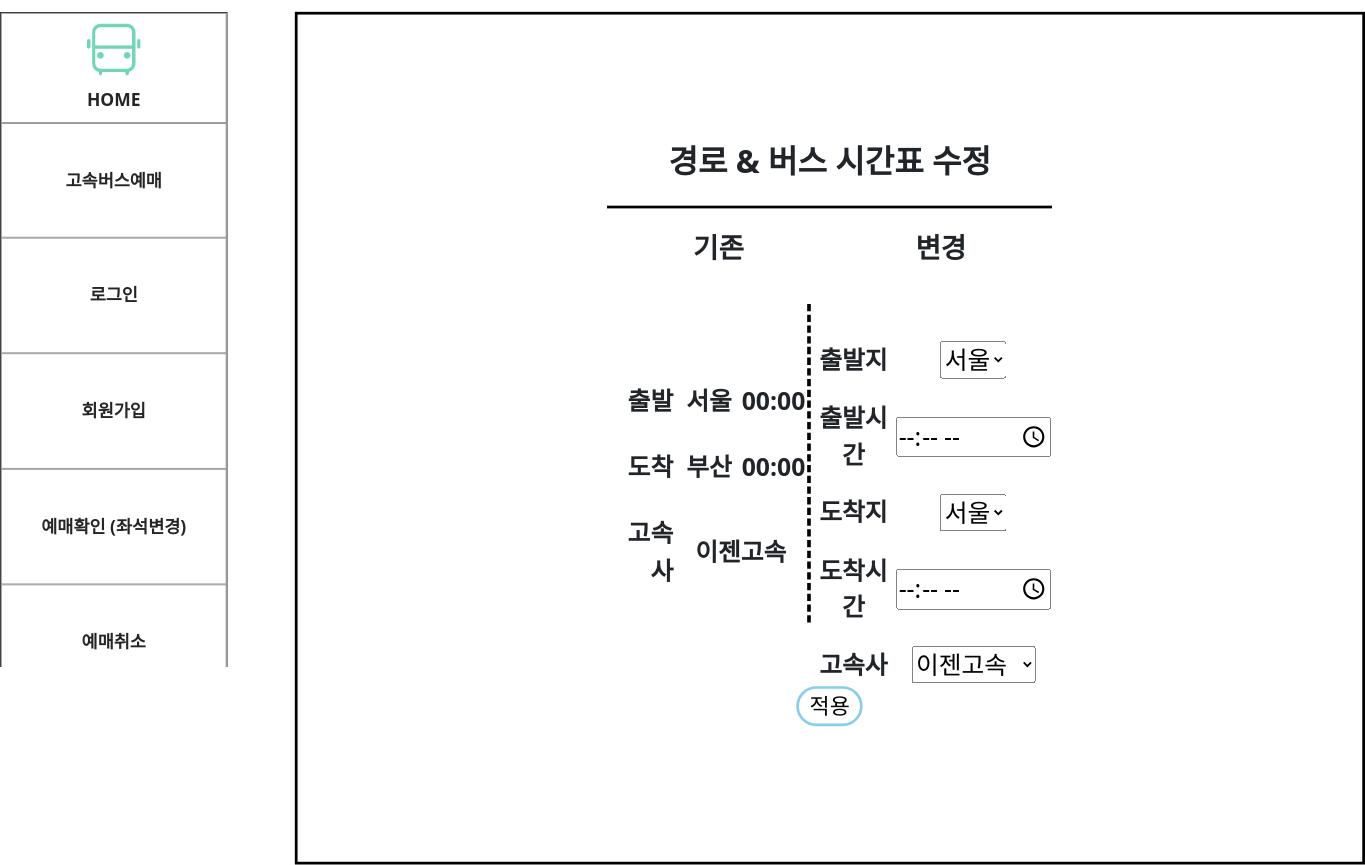
Repository: rudqhd79/spring_personal
Page: http://localhost/edit/edit_input
These files come from the project's save history. The page is drawn as it stood at one moment and after the next save; the edit follows.
The browser window is 1280 px wide. The page is 1500 px wide, so the pictures cover 1500 px, including what lies to the right of the window. The pictures show the whole page, at 91% of full size.
The page is this project's Thymeleaf template; nobody is signed in. The template is opened directly, without the code that normally fills it, so the values that code supplies are empty.

Above is the page before, as saved 2023-02-05 13:26:27.

### bus-reservation/src/main/resources/templates/edit/edit_input.html
<!DOCTYPE html>
<html xmlns:th="http://www.thymeleaf.org"
	xmlns:layout="http://www.ultraq.net.nz/thymeleaf/layout">
<link rel="stylesheet"
	href="//maxcdn.bootstrapcdn.com/bootstrap/latest/css/bootstrap.min.css">
<script src="//code.jquery.com/jquery.min.js"></script>
<script
	src="//maxcdn.bootstrapcdn.com/bootstrap/latest/js/bootstrap.min.js"></script>
<head>
<meta charset="UTF-8">
<title>main</title>

<!-- bootstrap css -->
<link
	href="https://cdn.jsdelivr.net/npm/bootstrap@5.3.0-alpha1/dist/css/bootstrap.min.css"
	rel="stylesheet"
	integrity="sha384-GLhlTQ8iRABdZLl6O3oVMWSktQOp6b7In1Zl3/Jr59b6EGGoI1aFkw7cmDA6j6gD"
	crossorigin="anonymous">
<link th:href="@{/css/all.css}" rel="stylesheet">
<!-- bootstrap js, popper -->
<script
	src="https://cdn.jsdelivr.net/npm/@popperjs/core@2.11.6/dist/umd/popper.min.js"
	integrity="sha384-oBqDVmMz9ATKxIep9tiCxS/Z9fNfEXiDAYTujMAeBAsjFuCZSmKbSSUnQlmh/jp3"
	crossorigin="anonymous"></script>
<script
	src="https://cdn.jsdelivr.net/npm/bootstrap@5.3.0-alpha1/dist/js/bootstrap.min.js"
	integrity="sha384-mQ93GR66B00ZXjt0YO5KlohRA5SY2XofN4zfuZxLkoj1gXtW8ANNCe9d5Y3eG5eD"
	crossorigin="anonymous"></script>
<!-- jquery  -->
<script src="https://code.jquery.com/jquery-3.6.3.min.js"
	integrity="sha256-pvPw+upLPUjgMXY0G+8O0xUf+/Im1MZjXxxgOcBQBXU="
	crossorigin="anonymous"></script>
<th:block layout:fragment="script"></th:block>
<th:block layout:fragment="css"></th:block>
</head>
<body>
	<form th:action="@{edit}">
		<div class="fragment-sidebar">
			<div th:replace="fragments/sidebar::sidebar"></div>
			<div class="base_angle" style="margin-top: 1vw">
				<div class="edit_input_div">
					<div class="edit_input_header" style="border-bottom: 3px solid black; text-align: center; margin-bottom: 20px;">
						<p style="font-size: 2.2em; font-weight: 900; line-height: 20px; margin-bottom: 40px;">경로 & 버스 시간표 수정</p>
					</div>
					<div class="edit_input_nav" style="display: flex; justify-content: space-between; text-align: center; font-size: 1.9em; font-weight: bold; margin-bottom: 40px;">
						<div style="width: 50%;">기존</div>
						<div style="width: 50%;">변경</div>
					</div>
					<div class="edit_input_info" style="display: flex; justify-content: space-between; text-align: center; font-size: 1.8em; height: 350px; margin-bottom: 70px">
						<div class="edit_input_info_existing" style="width: 45%">
							<table style="width: 100%; table-layout: auto; font-size: 1.7rem; font-weight: bold; border-collapse: separate; border-spacing: 0 30px; margin-top: 55px;">
								<tr>
									<th style="width: calc(100% / 3); text-align: right">출발</th>
									<th style="width: calc(100% / 3); text-align: right; padding-right: 10px">서울</th>
									<th style="width: calc(100% / 3); text-align: left">00:00</th>
								</tr>
								<tr>
									<th style="width: calc(100% / 3); text-align: right">도착</th>
									<th style="width: calc(100% / 3); text-align: right; padding-right: 10px">부산</th>
									<th style="width: calc(100% / 3); text-align: left">00:00</th>
								</tr>
								<tr>
									<th style="text-align: right">고속사</th>
									<th colspan="2" style="text-align: center;">이젠고속</th>
								</tr>
							</table>
						</div>
						<div style="width: 1%; border-left: 4px dashed black; display: block;"></div>
						<div class="edit_input_info_change" style="width:54%">
							<table  style="width: 100%; table-layout: auto; font-size: 1.7rem; font-weight: bold; border-collapse: separate; border-spacing: 0 20px; margin-top: 20px;">
								<tr>
									<th>출발지</th>
									<th>
										<select>
											<option value="">서울</option>
											<option value="">인천</option>
											<option value="">부산</option>
										</select>
									</th>
								</tr>
								<tr>
									<th>출발시간</th>
									<th>
										<input type="time" />
									</th>
								</tr>
								<tr>
									<th>도착지</th>
									<th>
										<select>
											<option value="">서울</option>
											<option value="">인천</option>
											<option value="">부산</option>
										</select>
									</th>
								</tr>
								<tr>
									<th>도착시간</th>
									<th>
										<input type="time" />
									</th>
								</tr>
								<tr>
									<th>고속사</th>
									<th>
										<select style="width:80%;">
											<option value="">이젠고속</option>
											<option value="">금호고속</option>
											<option value="">중앙고속</option>
											<option value="">동양고속</option>
										</select>
									</th>
								</tr>
							</table>
						</div>
					</div>
					<div class="edit_input_button" style="text-align: center; font-size: 1.5em;">
						<input type="submit" value="적용" style="border-radius: 30px; background: white; border:3px solid skyblue; width: 15%" />
					</div>
				</div>
			</div>
		</div>
	</form>
</body>
</html>

### bus-reservation/src/main/resources/templates/fragments/sidebar.html
<!DOCTYPE html>
<html xmlns:th="http://www.thymeleaf.org">
<head>
<meta charset="UTF-8">
<title>Insert title here</title>
<link rel="stylesheet"
	href="//maxcdn.bootstrapcdn.com/bootstrap/latest/css/bootstrap.min.css">
<script src="//code.jquery.com/jquery.min.js"></script>
<script
	src="//maxcdn.bootstrapcdn.com/bootstrap/latest/js/bootstrap.min.js"></script>
</head>
<body>
<!-- 사이드바 -->
	<div th:fragment="sidebar" class="sidebar-total">
		<div id="page-wrapper">
			<div id="sidebar-wrapper">
				<ul class="sidebar-nav">
					<li class="sidebar-main">
						<a href="/">
						<img src="/img/bus_icon.png" style="width:60px; height: 60px; margin-top: 10px;">
							<p class="home">HOME</p>
						</a>
					</li>
					<li class="sidebar-main sidebar-nav_li"><a href="/">고속버스예매</a></li>
					<li class="sidebar-main sidebar-nav_li"><a href="login">로그인</a></li>
					<li class="sidebar-main sidebar-nav_li"><a href="join">회원가입</a></li>
					<li class="sidebar-main sidebar-nav_li"><a href="check">예매확인 (좌석변경)</a></li>
					<li class="sidebar-main sidebar-nav_li"><a href="cancel">예매취소</a></li>
					<li class="sidebar-main sidebar-nav_li"><a href="edit">수정 (관리자 전용)</a></li>
				</ul>
			</div>
		</div>
	</div>
<!-- /사이드바 -->
</body>
</html>

Loaded but not shown: bus-reservation/src/main/resources/static/css/all.css (library)

After the next save:
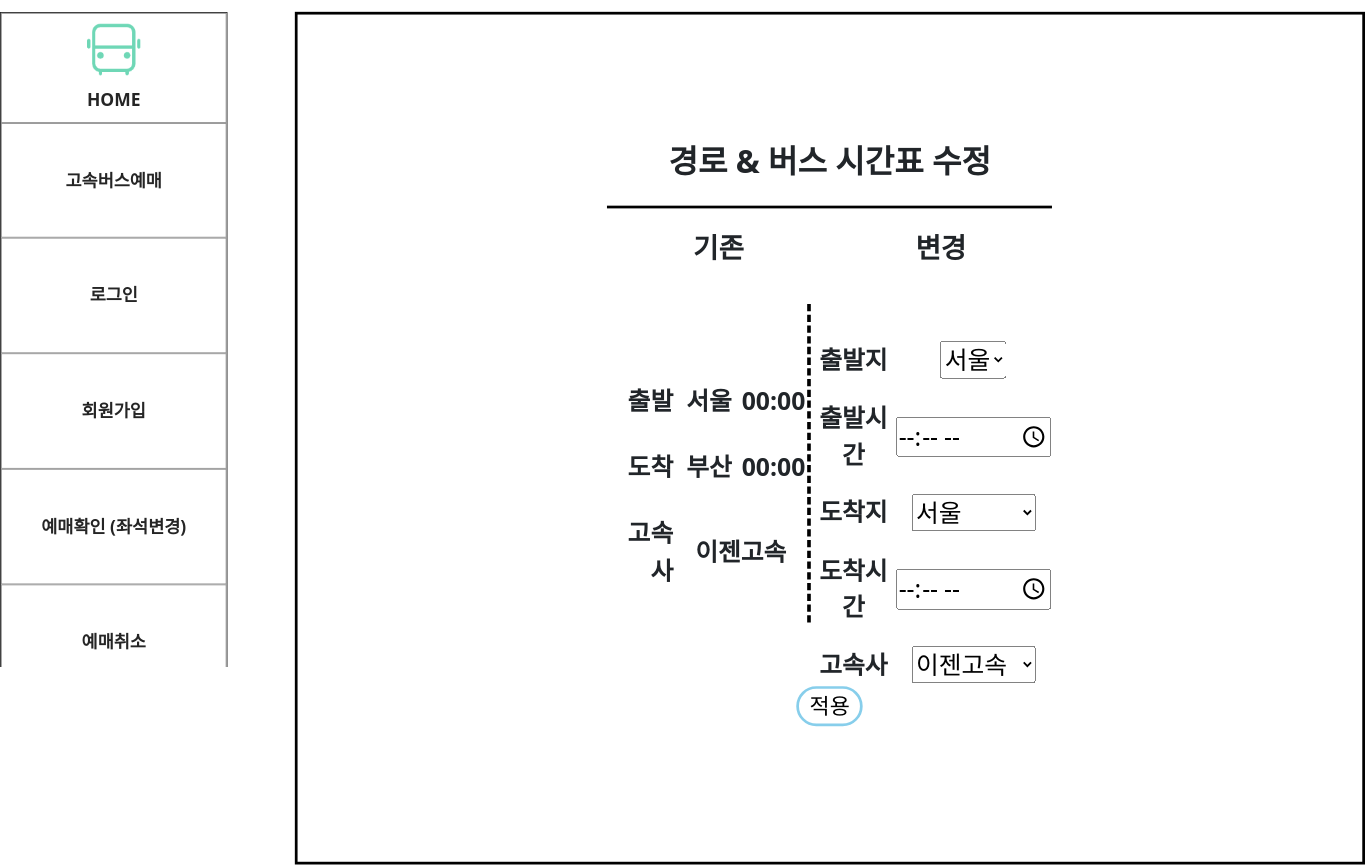
Saved 27 s later.
--- a/bus-reservation/src/main/resources/templates/edit/edit_input.html
+++ b/bus-reservation/src/main/resources/templates/edit/edit_input.html
@@ -87,7 +87,7 @@
 								<tr>
 									<th>도착지</th>
 									<th>
-										<select>
+										<select style="width:80%;">
 											<option value="">서울</option>
 											<option value="">인천</option>
 											<option value="">부산</option>
